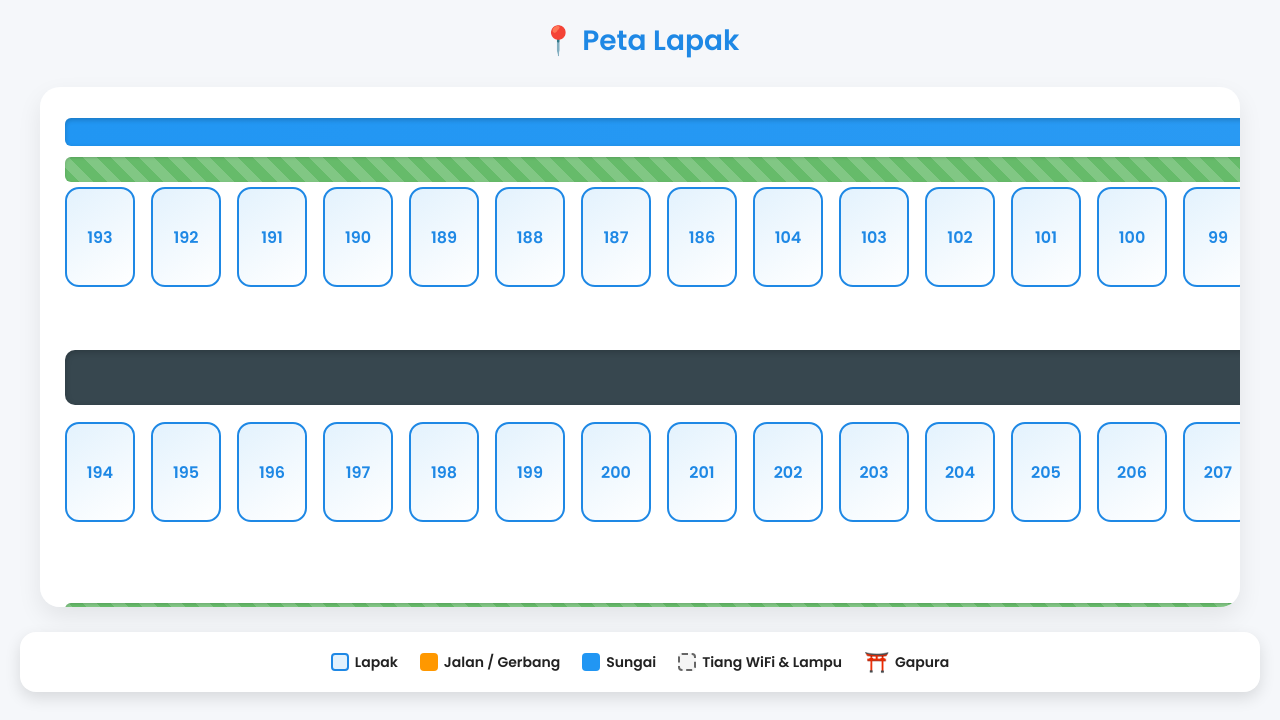
Repository: pasarrakyatbak/denah
Page: index.html
An editor plug-in stored every save of this project. The page is shown before and after a run of saves, followed by the edit.
The browser window is 1280 px wide. The pictures show the whole page.
An inner scrolling area shows only its first screen.

Above is the page before, as saved 2025-09-19 18:32:52.

### index.html
<!DOCTYPE html>
<html lang="id">

<head>
    <meta charset="utf-8" />
    <meta name="viewport" content="width=device-width, initial-scale=1" />
    <title>Peta Lapak Modern</title>
    <link href="https://fonts.googleapis.com/css2?family=Poppins:wght@400;600&display=swap" rel="stylesheet">
    <link rel="stylesheet" href="style.css" />
</head>

<body>
    <h1>📍 Peta Lapak</h1>

    <!-- Tooltip -->
    <div class="tooltip" id="tooltip"></div>

    <!-- Grid Container -->
    <div class="scroll-container">
        <div class="h-inner">

            <!-- Rumput kiri -->
            <div class="sungai-side">🌊 Sungai</div>
            <div class="rumput"></div>

            <!-- Lapak kiri (atas jalan) -->
            <div class="row top" id="left-side"></div>

            <!-- Jalan utama -->
            <div class="road-wrapper">
                <div class="road">JALAN UTAMA</div>
            </div>

            <!-- Lapak kanan (bawah jalan) -->
            <div class="row bottom" id="right-side"></div>

            <!-- Rumput kanan -->
            <div class="rumput"></div>
            <div class="sungai-side">🌊 Sungai</div>
        </div>
    </div>


    <!-- Legend -->
    <div class="legend">
        <div>
            <div class="legend-color lapak-color"></div> Lapak
        </div>
        <div>
            <div class="legend-color jalan-color"></div> Jalan / Gerbang
        </div>
        <div>
            <div class="legend-color sungai-color"></div> Sungai
        </div>
        <div>
            <div class="legend-color tiang-color"></div> Tiang WiFi & Lampu
        </div>
        <div>
            <div class="legend-icon">⛩️</div> Gapura
        </div>
    </div>
    </div>

    <script src="script.js"></script>
</body>

</html>

### style.css
/* Reset & Base */
* {
    margin: 0;
    padding: 0;
    box-sizing: border-box;
}

body {
    font-family: 'Poppins', sans-serif;
    background: #f5f7fa;
    color: #222;
    padding: 20px;
    text-align: center;
}

h1 {
    font-size: 28px;
    margin-bottom: 25px;
    color: #1e88e5;
    font-weight: 700;
}

/* Scroll container */
.scroll-container {
    width: 100%;
    max-width: 1200px;
    height: 520px;
    overflow: auto;
    background: #fff;
    border-radius: 20px;
    padding: 25px;
    box-shadow: 0 10px 25px rgba(0, 0, 0, 0.08);
    margin: auto;
}

.h-inner {
    display: flex;
    flex-direction: column;
    gap: 5px;
    min-width: max-content;
}

.row {
    display: flex;
    gap: 16px;
    align-items: flex-start;
    flex-wrap: wrap;
    min-width: max-content;
}

/* Lapak modern */
.lapak {
    width: 70px;
    height: 100px;
    border-radius: 14px;
    background: linear-gradient(145deg, #e3f2fd, #ffffff);
    border: 2px solid #1e88e5;
    color: #1e88e5;
    font-weight: 600;
    display: flex;
    align-items: center;
    justify-content: center;
    cursor: pointer;
    font-size: 16px;
    transition: all 0.3s ease;
}

.lapak:hover {
    background: #1e88e5;
    color: #fff;
    transform: translateY(-6px) scale(1.08);
    box-shadow: 0 10px 18px rgba(30, 136, 229, 0.35);
}

/* Jalan utama */
.road {
    height: 85px;
    background: #37474f;
    color: #fff;
    display: flex;
    align-items: center;
    justify-content: center;
    border-radius: 14px;
    font-weight: 700;
    font-size: 16px;
    margin: 12px 0;
    letter-spacing: 1px;
    box-shadow: inset 0 2px 6px rgba(0, 0, 0, 0.2);
}

/* Jalan / Gerbang */
.jalan-gerbang {
    width: 150px;
    height: 50px;
    background: #ff9800;
    color: #fff;
    display: flex;
    align-items: center;
    justify-content: center;
    border-radius: 12px;
    font-weight: 700;
    transition: all 0.3s;
    box-shadow: 0 4px 12px rgba(255, 152, 0, 0.3);
}

.jalan-gerbang:hover {
    background: #fb8c00;
    transform: translateY(-4px);
}

/* Gapura lintas jalan */
.gapura-container {
    width: 70px;
    height: 100px;
    display: flex;
    flex-direction: column;
    align-items: center;
    justify-content: center;
    gap: 4px;
}

.gapura-icon {
    font-size: 26px;
}

.gapura-arrow {
    font-size: 18px;
}

/* Sungai */
.sungai-bawah {
    background: linear-gradient(180deg, #2196f3 0%, #64b5f6 100%);
    border-radius: 12px;
    color: #fff;
    font-weight: 600;
    display: flex;
    align-items: center;
    justify-content: center;
    font-size: 0.85em;
    width: 120%;
    height: 40px;
    box-shadow: 0 3px 8px rgba(33, 150, 243, 0.4);
}

.sungai-atas {
    background: linear-gradient(90deg, #00bfff, #4fc3f7);
    color: #fff;
    font-size: 12px;
    font-weight: bold;
    padding: 4px 10px;
    border-radius: 8px;
    margin-bottom: 5px;
}

/* Tiang WiFi + Lampu */
.tiang-container {
    width: auto;
    min-width: 120px;
    padding: 8px 12px;
    background: #fafafa;
    border: 2px dashed #666;
    border-radius: 16px;
    display: flex;
    flex-direction: row;
    /* <== sejajar horizontal */
    align-items: center;
    justify-content: center;
    gap: 12px;
    /* jarak antar ikon */
    font-size: 22px;
    font-weight: bold;
    color: #444;
    box-shadow: inset 0 2px 6px rgba(0, 0, 0, 0.05);
}

.tiang-label {
    font-size: 11px;
    font-weight: 600;
    color: #222;
}


/* Tooltip */
.tooltip {
    position: absolute;
    background: rgba(30, 136, 229, 0.95);
    color: #fff;
    padding: 7px 12px;
    border-radius: 8px;
    font-size: 13px;
    pointer-events: none;
    opacity: 0;
    transition: opacity 0.2s, transform 0.2s;
    z-index: 10;
    transform: translateY(-4px);
}

/* Legend */
.legend {
    margin-top: 25px;
    background: #fff;
    padding: 14px 20px;
    border-radius: 16px;
    box-shadow: 0 6px 16px rgba(0, 0, 0, 0.12);
    font-size: 14px;
    font-weight: 600;
    line-height: 1.6;
    display: flex;
    gap: 22px;
    justify-content: center;
    flex-wrap: wrap;
}

.legend div {
    display: flex;
    align-items: center;
    gap: 6px;
}

.legend-color {
    width: 18px;
    height: 18px;
    border-radius: 4px;
}

.legend-icon {
    font-size: 20px;
}

/* Legend colors */
.lapak-color {
    background: #e3f2fd;
    border: 2px solid #1e88e5;
}

.jalan-color {
    background: #ff9800;
}

.sungai-color {
    background: #2196f3;
}

.tiang-color {
    background: #f5f5f5;
    border: 2px dashed #666;
}

/* Wrapper */
.lapak-wrapper {
    display: flex;
    flex-direction: column;
    align-items: center;
    gap: 6px;
}

.lapak-wrapper .lapak {
    order: 2;
}

.lapak-wrapper .jalan-gerbang,
.lapak-wrapper .gapura-container,
.lapak-wrapper .sungai-atas,
.lapak-wrapper .sungai-bawah,
.lapak-wrapper .tiang-container {
    order: 1;
}

/* Bungkus jalan + rumput */
.road-wrapper {
    display: flex;
    flex-direction: column;
    gap: 6px;
    width: 100%;
}

/* Jalan utama penuh kiri kanan */
.road {
    height: 55px;
    width: 100%;
    background: #37474f;
    color: #fff;
    display: flex;
    align-items: center;
    justify-content: center;
    border-radius: 10px;
    font-weight: 700;
    font-size: 16px;
    letter-spacing: 1px;
    box-shadow: inset 0 2px 6px rgba(0, 0, 0, 0.2);
}

/* Rumput di sisi jalan */
.rumput {
    height: 25px;
    width: 100%;
    background: repeating-linear-gradient(45deg,
            #66bb6a,
            #66bb6a 10px,
            #81c784 10px,
            #81c784 20px);
    border-radius: 6px;
    box-shadow: inset 0 1px 3px rgba(0, 0, 0, 0.15);
}

/* Sungai samping */
.sungai-side {
    width: 100%;
    height: 28px;
    background: linear-gradient(90deg, #2196f3, #64b5f6);
    border-radius: 6px;
    color: #fff;
    font-weight: 600;
    font-size: 13px;
    display: flex;
    align-items: center;
    justify-content: center;
    gap: 6px;
    box-shadow: inset 0 2px 5px rgba(0, 0, 0, 0.2);
    margin: 6px 0;
}

/* Responsive */
@media(max-width:900px) {
    .scroll-container {
        height: 450px;
    }

    .lapak {
        width: 60px;
        height: 90px;
        font-size: 14px;
    }

    .jalan-gerbang {
        width: 120px;
        height: 45px;
        font-size: 13px;
    }
}

@media(max-width:600px) {
    body {
        padding: 12px;
    }

    h1 {
        font-size: 22px;
    }

    .scroll-container {
        height: 400px;
        padding: 12px;
    }

    .lapak {
        width: 50px;
        height: 80px;
        font-size: 13px;
    }

    .jalan-gerbang {
        width: 100px;
        height: 40px;
        font-size: 12px;
    }

    .sungai-bawah {
        width: 100%;
        height: 35px;
        font-size: 0.75em;
    }
}

### script.js
// DATA NOMOR
const leftNumbers = [1, 2, 3, 4, 5, 6, 7, 8, 9, 10, 11, 15, 16, 17, 18, 19, 20, 21, 22, 23, 24, 25, 26, 27, 28, 29, 30, 31, 32, 33, 34, 35, 36, 37, 38, 39, 40, 41, 42, 43, 44, 45, 46, 47, 48, 49, 50, 51, 52, 53, 54, 55, 56, 57, 58, 59, 60, 61, 62, 63, 64, 65, 66, 67, 68, 69, 70, 71, 72, 73, 74, 75, 76, 77, 78, 79, 80, 81, 82, 83, 84, 85, 86, 87, 88, 89, 90, 91, 92, 93, 94, 95, 96, 97, 98, 99, 100, 101, 102, 103, 104, 186, 187, 188, 189, 190, 191, 192, 193];
const rightNumbers = [194, 195, 196, 197, 198, 199, 200, 201, 202, 203, 204, 205, 206, 207, 208, 209, 210, 211, 212, 213, 105, 106, 107, 108, 109, 110, 111, 112, 113, 114, 115, 116, 117, 118, 119, 120, 121, 122, 123, 124, 125, 126, 127, 128, 129, 130, 131, 132, 133, 134, 135, 136, 137, 138, 214, 215, 216, 139, 140, 141, 142, 143, 144, 145, 146, 147, 148, 149, 150, 151, 152, 153, 154, 155, 156, 157, 158, 159, 160, 161, 162, 163, 164, 165, 166, 167, 168, 169, 170, 171, 172, 173, 174, 175, 176, 177, 178, 179, 180, 181, 182, 183, 184, 185];

const rightSide = document.getElementById('right-side');
const leftSide = document.getElementById('left-side');

// Buat lapak
function makeLapak(num) {
    const d = document.createElement('div');
    d.className = 'lapak';
    d.textContent = num;
    return d;
}

rightNumbers.forEach(n => rightSide.appendChild(makeLapak(n)));
leftNumbers.slice().reverse().forEach(n => leftSide.appendChild(makeLapak(n)));

// Gerbang
function insertGerbangBetween(parent, a, b, label = 'Gerbang') {
    const children = Array.from(parent.children);
    const idxA = children.findIndex(c => c.textContent == String(a));
    const idxB = children.findIndex(c => c.textContent == String(b));
    if (idxA === -1 || idxB === -1) return;
    const insertAfterIndex = Math.min(idxA, idxB);
    const refNode = parent.children[insertAfterIndex + 1] || null;
    const g = document.createElement('div');
    g.className = 'jalan-gerbang';
    g.textContent = label;
    parent.insertBefore(g, refNode);
}
insertGerbangBetween(leftSide, 2, 3);
insertGerbangBetween(leftSide, 11, 15);

// Gapura lintas jalan
function insertGapura(leftParent, rightParent, a, b) {
    const idxL = Array.from(leftParent.children).findIndex(c => c.textContent == a);
    const idxR = Array.from(rightParent.children).findIndex(c => c.textContent == b);
    if (idxL === -1 || idxR === -1) return;

    const gapuraBottom = document.createElement('div');
    gapuraBottom.className = 'gapura-container';
    gapuraBottom.innerHTML = `<div class="gapura-icon">⛩️</div><div class="gapura-arrow">⬆️</div>`;
    leftParent.insertBefore(gapuraBottom, leftParent.children[idxL + 1]);

    const gapuraTop = document.createElement('div');
    gapuraTop.className = 'gapura-container';
    gapuraTop.innerHTML = `<div class="gapura-arrow">⬇️</div><div class="gapura-icon">⛩️</div>`;
    rightParent.insertBefore(gapuraTop, rightParent.children[idxR]);
}
insertGapura(leftSide, rightSide, 57, 146);

// Sungai
function placeSungaiBelow(parent, num) {
    const target = Array.from(parent.children).find(c => c.textContent == num);
    if (!target) return;
    const wrapper = document.createElement('div');
    wrapper.className = 'lapak-wrapper';
    wrapper.setAttribute('data-lapak', num);
    parent.insertBefore(wrapper, target);
    wrapper.appendChild(target);

    const sungai = document.createElement('div');
    sungai.className = 'sungai-bawah';
    sungai.textContent = 'Sungai';
    wrapper.appendChild(sungai);
}
function placeSungaiAbove(parent, num) {
    const target = Array.from(parent.children).find(c => c.textContent == num);
    if (!target) return;
    const wrapper = document.createElement('div');
    wrapper.className = 'lapak-wrapper';
    wrapper.setAttribute('data-lapak', num);
    parent.insertBefore(wrapper, target);
    wrapper.appendChild(target);

    const sungai = document.createElement('div');
    sungai.className = 'sungai-atas';
    sungai.textContent = 'Sungai';
    wrapper.insertBefore(sungai, target);
}
placeSungaiBelow(leftSide, 62);
placeSungaiAbove(rightSide, 141);

// Tiang WiFi + Lampu
function insertTiangAbove(parent, num) {
    const target = Array.from(parent.children).find(c => c.textContent == num);
    if (!target) return;

    const wrapper = document.createElement('div');
    wrapper.className = 'lapak-wrapper';
    parent.insertBefore(wrapper, target);
    wrapper.appendChild(target);

    const tiang = document.createElement('div');
    tiang.className = 'tiang-container';
    tiang.innerHTML = `
        <span>📡<div class="tiang-label">WiFi</div></span>
        <span>💡<div class="tiang-label">Lampu</div></span>
    `;
    wrapper.insertBefore(tiang, target);
}

// Jalan
function insertJalan(parent, a, b, label = 'Jalan') {
    const idxA = Array.from(parent.children).findIndex(c => c.textContent == a);
    const idxB = Array.from(parent.children).findIndex(c => c.textContent == b);
    if (idxA === -1 || idxB === -1) return;
    const insertAfter = Math.min(idxA, idxB);
    const refNode = parent.children[insertAfter + 1] || null;
    const jalan = document.createElement('div');
    jalan.className = 'jalan-gerbang';
    jalan.textContent = label;
    parent.insertBefore(jalan, refNode);
}

// Contoh insert
insertJalan(rightSide, 156, 157);
insertJalan(rightSide, 216, 139);
insertJalan(rightSide, 163, 164);
insertJalan(rightSide, 180, 181);
insertTiangAbove(rightSide, 20, 201);
insertTiangAbove(rightSide, 108, 109);
insertTiangAbove(rightSide, 124, 125);
insertTiangAbove(rightSide, 137, 138);

const tooltip = document.getElementById('tooltip');

function showTooltip(e, text) {
    tooltip.textContent = text;
    tooltip.style.left = e.pageX + 10 + 'px';
    tooltip.style.top = e.pageY + 10 + 'px';
    tooltip.style.opacity = 1;
}

function hideTooltip() {
    tooltip.style.opacity = 0;
}

// Tambahkan tooltip untuk setiap elemen
document.querySelectorAll('.lapak').forEach(el => {
    el.addEventListener('mouseenter', e => showTooltip(e, 'Lapak #' + el.textContent));
    el.addEventListener('mousemove', e => showTooltip(e, 'Lapak #' + el.textContent));
    el.addEventListener('mouseleave', hideTooltip);
});

document.querySelectorAll('.jalan-gerbang').forEach(el => {
    el.addEventListener('mouseenter', e => showTooltip(e, 'Jalan / Gerbang: ' + el.textContent));
    el.addEventListener('mousemove', e => showTooltip(e, 'Jalan / Gerbang: ' + el.textContent));
    el.addEventListener('mouseleave', hideTooltip);
});

document.querySelectorAll('.sungai-bawah, .sungai-atas').forEach(el => {
    el.addEventListener('mouseenter', e => showTooltip(e, 'Sungai'));
    el.addEventListener('mousemove', e => showTooltip(e, 'Sungai'));
    el.addEventListener('mouseleave', hideTooltip);
});

document.querySelectorAll('.tiang-container').forEach(el => {
    el.addEventListener('mouseenter', e => showTooltip(e, 'Tiang WiFi & Lampu'));
    el.addEventListener('mousemove', e => showTooltip(e, 'Tiang WiFi & Lampu'));
    el.addEventListener('mouseleave', hideTooltip);
});

document.querySelectorAll('.gapura-container').forEach(el => {
    el.addEventListener('mouseenter', e => showTooltip(e, 'Gapura Lintas Jalan'));
    el.addEventListener('mousemove', e => showTooltip(e, 'Gapura Lintas Jalan'));
    el.addEventListener('mouseleave', hideTooltip);
});

After the next 3 saves:
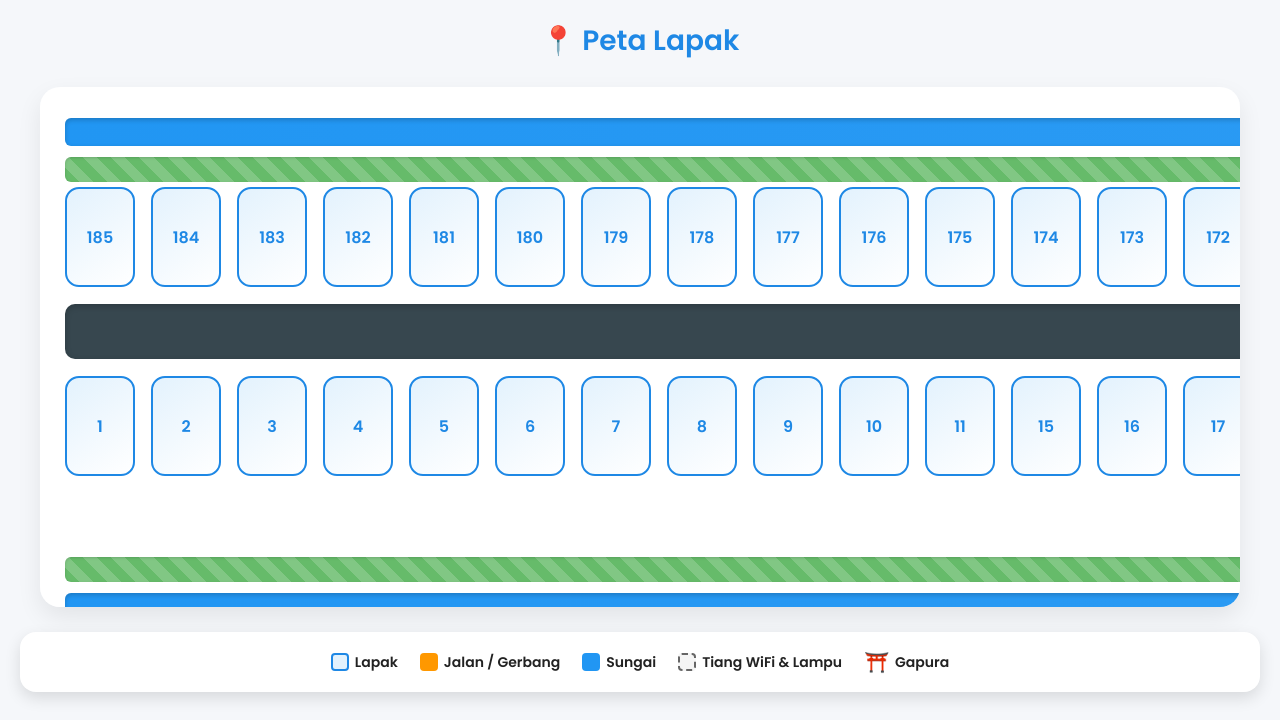
The 3 saves are shown as one change because they came seconds apart.
The last was saved 3 min 18 s later.
--- a/script.js
+++ b/script.js
@@ -1,6 +1,6 @@
 // DATA NOMOR
-const leftNumbers = [1, 2, 3, 4, 5, 6, 7, 8, 9, 10, 11, 15, 16, 17, 18, 19, 20, 21, 22, 23, 24, 25, 26, 27, 28, 29, 30, 31, 32, 33, 34, 35, 36, 37, 38, 39, 40, 41, 42, 43, 44, 45, 46, 47, 48, 49, 50, 51, 52, 53, 54, 55, 56, 57, 58, 59, 60, 61, 62, 63, 64, 65, 66, 67, 68, 69, 70, 71, 72, 73, 74, 75, 76, 77, 78, 79, 80, 81, 82, 83, 84, 85, 86, 87, 88, 89, 90, 91, 92, 93, 94, 95, 96, 97, 98, 99, 100, 101, 102, 103, 104, 186, 187, 188, 189, 190, 191, 192, 193];
-const rightNumbers = [194, 195, 196, 197, 198, 199, 200, 201, 202, 203, 204, 205, 206, 207, 208, 209, 210, 211, 212, 213, 105, 106, 107, 108, 109, 110, 111, 112, 113, 114, 115, 116, 117, 118, 119, 120, 121, 122, 123, 124, 125, 126, 127, 128, 129, 130, 131, 132, 133, 134, 135, 136, 137, 138, 214, 215, 216, 139, 140, 141, 142, 143, 144, 145, 146, 147, 148, 149, 150, 151, 152, 153, 154, 155, 156, 157, 158, 159, 160, 161, 162, 163, 164, 165, 166, 167, 168, 169, 170, 171, 172, 173, 174, 175, 176, 177, 178, 179, 180, 181, 182, 183, 184, 185];
+const rightNumbers = [1, 2, 3, 4, 5, 6, 7, 8, 9, 10, 11, 15, 16, 17, 18, 19, 20, 21, 22, 23, 24, 25, 26, 27, 28, 29, 30, 31, 32, 33, 34, 35, 36, 37, 38, 39, 40, 41, 42, 43, 44, 45, 46, 47, 48, 49, 50, 51, 52, 53, 54, 55, 56, 57, 58, 59, 60, 61, 62, 63, 64, 65, 66, 67, 68, 69, 70, 71, 72, 73, 74, 75, 76, 77, 78, 79, 80, 81, 82, 83, 84, 85, 86, 87, 88, 89, 90, 91, 92, 93, 94, 95, 96, 97, 98, 99, 100, 101, 102, 103, 104, 186, 187, 188, 189, 190, 191, 192, 193];
+const leftNumbers = [194, 195, 196, 197, 198, 199, 200, 201, 202, 203, 204, 205, 206, 207, 208, 209, 210, 211, 212, 213, 105, 106, 107, 108, 109, 110, 111, 112, 113, 114, 115, 116, 117, 118, 119, 120, 121, 122, 123, 124, 125, 126, 127, 128, 129, 130, 131, 132, 133, 134, 135, 136, 137, 138, 214, 215, 216, 139, 140, 141, 142, 143, 144, 145, 146, 147, 148, 149, 150, 151, 152, 153, 154, 155, 156, 157, 158, 159, 160, 161, 162, 163, 164, 165, 166, 167, 168, 169, 170, 171, 172, 173, 174, 175, 176, 177, 178, 179, 180, 181, 182, 183, 184, 185];
 
 const rightSide = document.getElementById('right-side');
 const leftSide = document.getElementById('left-side');

After the save that followed:
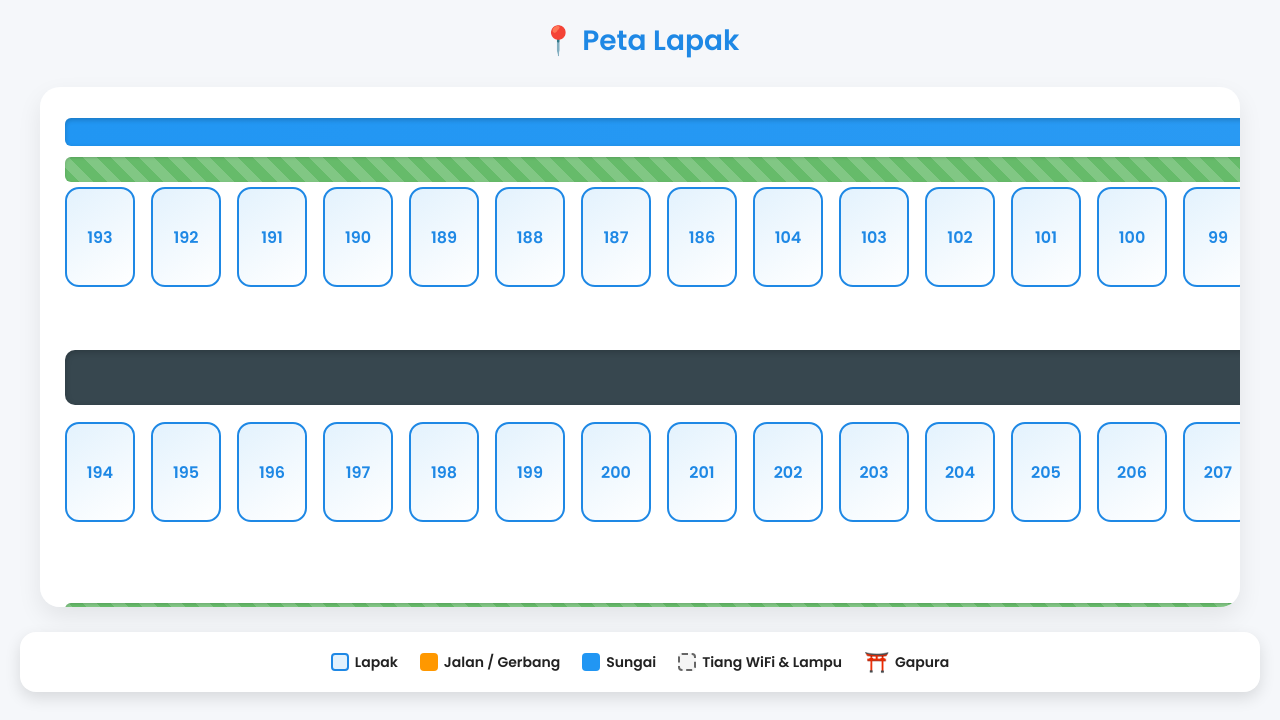
Saved 25 s later.
--- a/script.js
+++ b/script.js
@@ -1,6 +1,6 @@
 // DATA NOMOR
-const rightNumbers = [1, 2, 3, 4, 5, 6, 7, 8, 9, 10, 11, 15, 16, 17, 18, 19, 20, 21, 22, 23, 24, 25, 26, 27, 28, 29, 30, 31, 32, 33, 34, 35, 36, 37, 38, 39, 40, 41, 42, 43, 44, 45, 46, 47, 48, 49, 50, 51, 52, 53, 54, 55, 56, 57, 58, 59, 60, 61, 62, 63, 64, 65, 66, 67, 68, 69, 70, 71, 72, 73, 74, 75, 76, 77, 78, 79, 80, 81, 82, 83, 84, 85, 86, 87, 88, 89, 90, 91, 92, 93, 94, 95, 96, 97, 98, 99, 100, 101, 102, 103, 104, 186, 187, 188, 189, 190, 191, 192, 193];
-const leftNumbers = [194, 195, 196, 197, 198, 199, 200, 201, 202, 203, 204, 205, 206, 207, 208, 209, 210, 211, 212, 213, 105, 106, 107, 108, 109, 110, 111, 112, 113, 114, 115, 116, 117, 118, 119, 120, 121, 122, 123, 124, 125, 126, 127, 128, 129, 130, 131, 132, 133, 134, 135, 136, 137, 138, 214, 215, 216, 139, 140, 141, 142, 143, 144, 145, 146, 147, 148, 149, 150, 151, 152, 153, 154, 155, 156, 157, 158, 159, 160, 161, 162, 163, 164, 165, 166, 167, 168, 169, 170, 171, 172, 173, 174, 175, 176, 177, 178, 179, 180, 181, 182, 183, 184, 185];
+const leftNumbers = [1, 2, 3, 4, 5, 6, 7, 8, 9, 10, 11, 15, 16, 17, 18, 19, 20, 21, 22, 23, 24, 25, 26, 27, 28, 29, 30, 31, 32, 33, 34, 35, 36, 37, 38, 39, 40, 41, 42, 43, 44, 45, 46, 47, 48, 49, 50, 51, 52, 53, 54, 55, 56, 57, 58, 59, 60, 61, 62, 63, 64, 65, 66, 67, 68, 69, 70, 71, 72, 73, 74, 75, 76, 77, 78, 79, 80, 81, 82, 83, 84, 85, 86, 87, 88, 89, 90, 91, 92, 93, 94, 95, 96, 97, 98, 99, 100, 101, 102, 103, 104, 186, 187, 188, 189, 190, 191, 192, 193];
+const rightNumbers = [194, 195, 196, 197, 198, 199, 200, 201, 202, 203, 204, 205, 206, 207, 208, 209, 210, 211, 212, 213, 105, 106, 107, 108, 109, 110, 111, 112, 113, 114, 115, 116, 117, 118, 119, 120, 121, 122, 123, 124, 125, 126, 127, 128, 129, 130, 131, 132, 133, 134, 135, 136, 137, 138, 214, 215, 216, 139, 140, 141, 142, 143, 144, 145, 146, 147, 148, 149, 150, 151, 152, 153, 154, 155, 156, 157, 158, 159, 160, 161, 162, 163, 164, 165, 166, 167, 168, 169, 170, 171, 172, 173, 174, 175, 176, 177, 178, 179, 180, 181, 182, 183, 184, 185];
 
 const rightSide = document.getElementById('right-side');
 const leftSide = document.getElementById('left-side');
